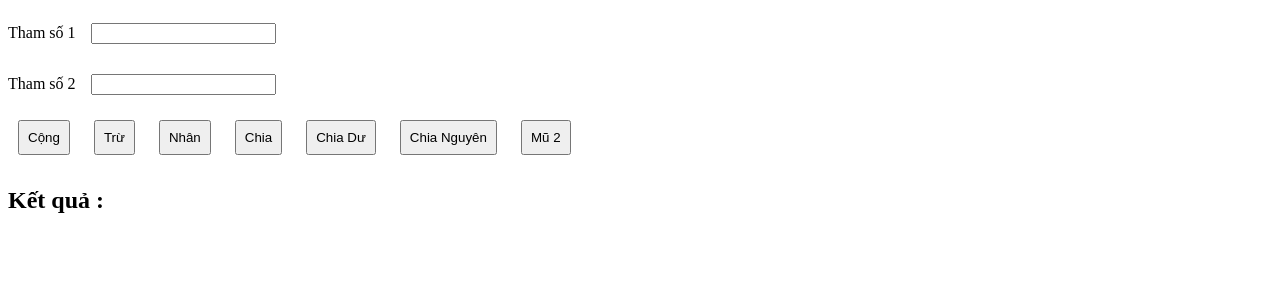
Repository: Toni3498/JsCourse
Page: number/calc.html
An editor plug-in stored every save of this project. The page is shown before and after the next save, followed by the edit.
The browser window is 1280 px wide. The pictures show the whole page.

Above is the page before, as saved 2021-08-17 20:21:30.

After the next save:
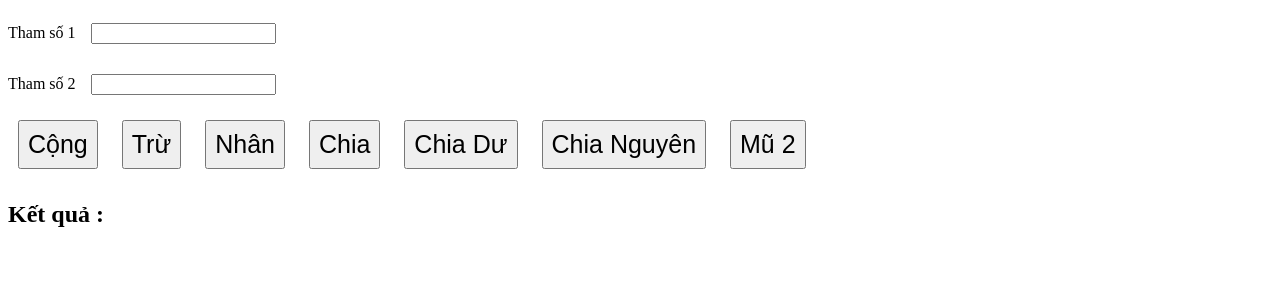
Saved 66 s later.
--- a/number/style.css
+++ b/number/style.css
@@ -4,6 +4,7 @@
 .optionCalc button {
   margin: 10px;
   padding: 8px;
+  font-size: 25px;
 }
 .input input:hover {
   background-color: orange;
